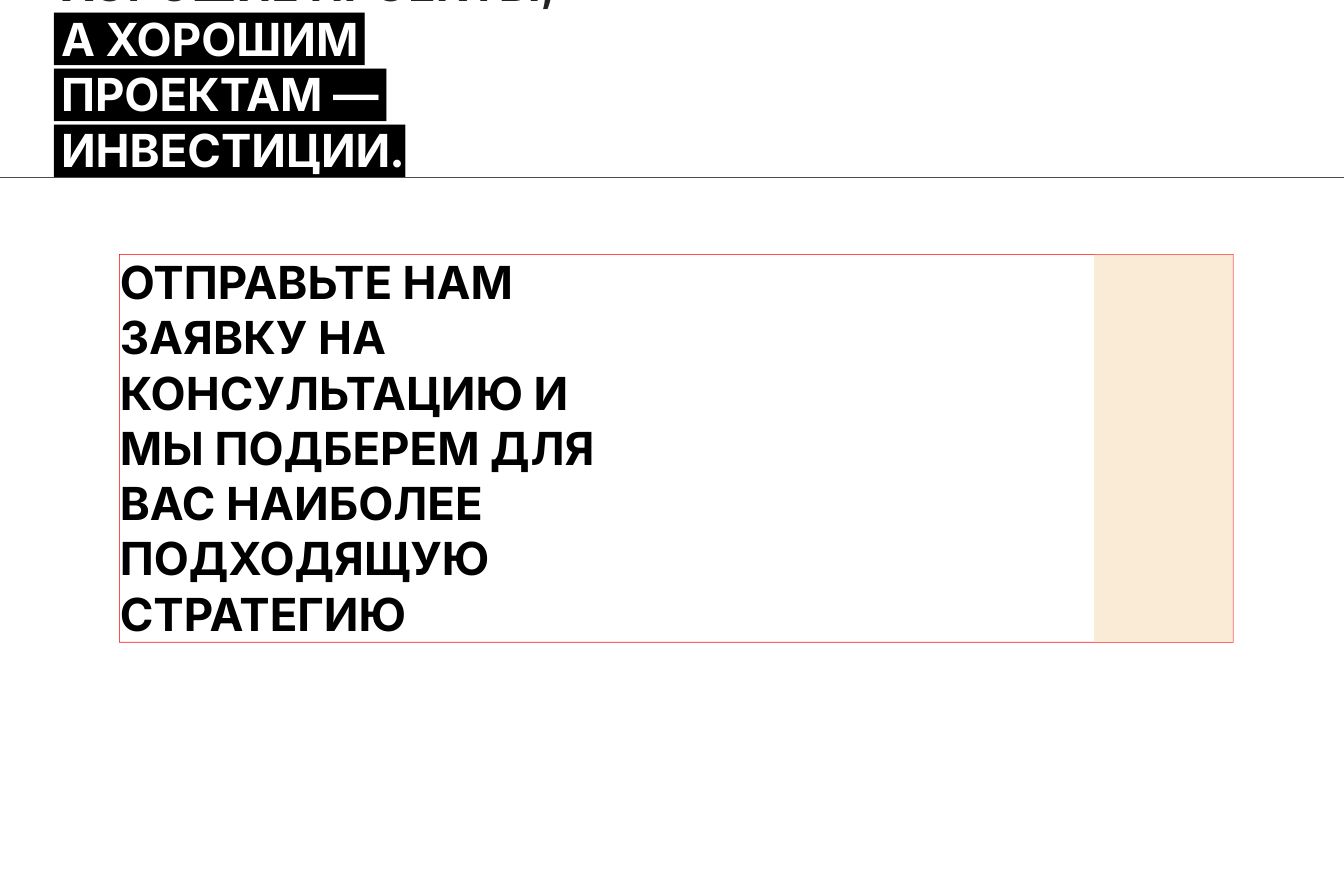
Repository: NadyaKorvin/frontiers
Page: /
An editor plug-in stored every save of this project. The page is shown before and after the next save, followed by the edit.
The browser window is 1280 px wide. The page is 1920 px wide, so the pictures cover 1920 px, including what lies to the right of the window. The pictures show the part of the page from y = 1300 to 2580 px (the page is 2634 px tall), at 70% of full size.
The project was rebuilt for these pictures with package versions that can differ from the ones it lists, and the page was loaded fresh each time.

Above is the page before, as saved 2022-05-23 13:49:48.

### public/index.html
<!DOCTYPE html>
<html lang="en">
  <head>
    <meta charset="utf-8" />
    <link rel="icon" href="%PUBLIC_URL%/favicon.ico" />
    <meta name="viewport" content="width=device-width, initial-scale=1" />
    <meta name="theme-color" content="#000000" />
    <meta name="description" content="Web site created using create-react-app" />
    <link rel="apple-touch-icon" href="%PUBLIC_URL%/logo192.png" />
    <link rel="manifest" href="%PUBLIC_URL%/manifest.json" />
    <link rel="preconnect" href="https://fonts.googleapis.com" />
    <link rel="preconnect" href="https://fonts.gstatic.com" crossorigin />
    <link href="https://fonts.googleapis.com/css2?family=Inter:wght@300;400;500;700&display=swap" rel="stylesheet" />
    <title>FRONTIERS</title>
  </head>
  <body>
    <noscript>You need to enable JavaScript to run this app.</noscript>
    <div id="root"></div>
  </body>
</html>

### src/index.js
import React from "react"
import ReactDOM from "react-dom/client"

import App from "./App"

const root = ReactDOM.createRoot(document.getElementById("root"))
root.render(
  <React.StrictMode>
    <App />
  </React.StrictMode>
)

### src/App.js
import { useState } from "react";
import "./App.css";
import { SecondScreenAnimation } from "./components/secondScreen/SecondScreenAnimation";
import FirstScreenAnimation from "./components/firstScreen/FirstScreenAnimation";
import LastScreenAnimation from "./components/lastScreen/LastScreenAnimation"

function App() {
  const [mousePosition, setMousePosition] = useState("");

  const listenUpperMousePosition = (event) => {
    console.log(event);
    console.log(event.target);
    setMousePosition(event.target);
  };

  return (
    <>
      <FirstScreenAnimation />
      <div className="App">
        <SecondScreenAnimation listenMousePosition={listenUpperMousePosition} />
      </div>
      <LastScreenAnimation />
    </>
  );
}
export default App;

### src/App.css
@import url("./reset.css");
@import url("./components/secondScreen/SecondScreen.css");
@import url("./font/font.css");

body {
  font-family: "Inter";
}

### src/components/secondScreen/SecondScreenAnimation.js
export function SecondScreenAnimation({ listenMousePosition, mousePosition }) {
  let goUp = ""
  const goUpBlackLines = (mousePosition) => {
    if (mousePosition === "animation__text_first_part") {
      goUp = "up"
      return goUp
    }
  }
  goUpBlackLines(mousePosition)
  console.log(goUp)
  return (
    <div className="animation__text_block">
      {goUp != "up" ? (
        <div>
          <div className="animation__text" onMouseOver={listenMousePosition}>
            <p className="animation__text_first_part">Инвесторам сложно найти хорошие проекты,</p>
            <p className="animation__text_second_part">а хорошим проектам — инвестиции.</p>
          </div>
          <div className="animation__black_lines">
            <div className="animation__1th_black_line"></div>
            <div className="animation__2th_black_line"></div>
            <div className="animation__3th_black_line"></div>
          </div>
        </div>
      ) : (
        <div>
          <div className="animation__text" onMouseOver={listenMousePosition}>
            <p className="animation__text_first_part" style={{ color: "#fff" }}>
              Инвесторам сложно найти хорошие проекты,
            </p>
            <p className="animation__text_second_part" style={{ color: "#000" }}>
              а хорошим проектам — инвестиции.
            </p>
          </div>
          <div className="animation__black_lines">
            <div className="animation__1th_black_line" style={{ width: "484px", marginTop: "-475px" }}></div>
            <div className="animation__2th_black_line" style={{ width: "586px" }}></div>
            <div className="animation__3th_black_line" style={{ width: "722px" }}></div>
          </div>
        </div>
      )}
    </div>
  )
}

### src/components/firstScreen/FirstScreenAnimation.js
import React from "react";
import style from "./FirstScreen.module.css";
import image from "../../images/image.webp"

export default function FirstScreenAnimation() {
  const pointer = (
    <svg
      width="8"
      height="101"
      viewBox="0 0 8 101"
      fill="none"
      xmlns="http://www.w3.org/2000/svg"
    >
      <path
        d="M4.35355 100.356C4.15829 100.551 3.84171 100.551 3.64645 100.356L0.464466 97.1735C0.269204 96.9783 0.269204 96.6617 0.464466 96.4664C0.659728 96.2712 0.976311 96.2712 1.17157 96.4664L4 99.2948L6.82843 96.4664C7.02369 96.2712 7.34027 96.2712 7.53553 96.4664C7.7308 96.6617 7.7308 96.9783 7.53553 97.1735L4.35355 100.356ZM3.5 100.002L3.5 0.00195312H4.5L4.5 100.002H3.5Z"
        fill="black"
      />
    </svg>
  );

  return (
    <>
      <section className={style.first__screen}>
        <div className={style.header}>
          <div className={style.logotype}>FRONTIERS</div>
          <nav className={style.nav__sidebar}>
            <ul>Агенство</ul>
            <ul>Кейсы</ul>
            <ul>Услуги</ul>
            <ul>Контакты</ul>
          </nav>
          <div className={style.button}>
            <p className={style.text__btn}>Получить консультацию</p>
          </div>
        </div>
        <div className={style.content}>
          <p>ИНВЕСТИЦИИ</p>
          <p>НЕ</p>
          <p>СЛОЖНО</p>
          <p>
            Мы помогли заработать более 50 млн рублей частным инвесторам в 2021
            году на вложениях в российский бизнес
          </p>
          <p>ПРОКРУТИ ВНИЗ</p>
          <div className={style.content__pointer}>{pointer}</div>
          <img src={image} alt="" />
        </div>
      </section>
    </>
  );
}

### src/components/lastScreen/LastScreenAnimation.js
import React from "react";
import style from "./LastScreen.module.css";

export default function LastScreenAnimation() {
  return (
    <>
      <section className={style.last__screen}>
        <div className={style.wrapper}>
          <div className={style.left__content}>
            <p>
              ОТПРАВЬТЕ НАМ ЗАЯВКУ НА КОНСУЛЬТАЦИЮ И МЫ ПОДБЕРЕМ ДЛЯ ВАС
              НАИБОЛЕЕ ПОДХОДЯЩУЮ СТРАТЕГИЮ
            </p>
          </div>
          <div className={style.right__content}></div>
        </div>
        <div className={style.footer}></div>
      </section>
    </>
  );
}

### src/reset.css
html,
body,
div,
span,
applet,
object,
iframe,
h1,
h2,
h3,
h4,
h5,
h6,
p,
blockquote,
pre,
a,
abbr,
acronym,
address,
big,
cite,
code,
del,
dfn,
em,
img,
ins,
kbd,
q,
s,
samp,
small,
strike,
strong,
sub,
sup,
tt,
var,
b,
u,
i,
center,
dl,
dt,
dd,
ol,
ul,
li,
fieldset,
form,
label,
legend,
table,
caption,
tbody,
tfoot,
thead,
tr,
th,
td,
article,
aside,
canvas,
details,
embed,
figure,
figcaption,
footer,
header,
hgroup,
menu,
nav,
output,
ruby,
section,
summary,
time,
mark,
audio,
video {
  margin: 0;
  padding: 0;
  border: 0;
  font-size: 100%;
  font: inherit;
  vertical-align: baseline;
}

:focus {
  outline: 0;
}

article,
aside,
details,
figcaption,
figure,
footer,
header,
hgroup,
menu,
nav,
section {
  display: block;
}

body {
  line-height: 1;
}

ol,
ul {
  list-style: none;
}

blockquote,
q {
  quotes: none;
}

blockquote:before,
blockquote:after,
q:before,
q:after {
  content: "";
  content: none;
}

table {
  border-collapse: collapse;
  border-spacing: 0;
}

input[type="search"]::-webkit-search-cancel-button,
input[type="search"]::-webkit-search-decoration,
input[type="search"]::-webkit-search-results-button,
input[type="search"]::-webkit-search-results-decoration {
  -webkit-appearance: none;
  -moz-appearance: none;
}

input[type="search"] {
  -webkit-appearance: none;
  -moz-appearance: none;
  -webkit-box-sizing: content-box;
  -moz-box-sizing: content-box;
  box-sizing: content-box;
}

textarea {
  overflow: auto;
  vertical-align: top;
  resize: vertical;
}

[hidden] {
  display: none;
}

html {
  font-size: 100%; /* 1 */
  -webkit-text-size-adjust: 100%; /* 2 */
  -ms-text-size-adjust: 100%; /* 2 */
}

a:focus {
  outline: thin dotted;
}

a:active,
a:hover {
  outline: 0;
}

img {
  border: 0;
  -ms-interpolation-mode: bicubic;
}

figure {
  margin: 0;
}

form {
  margin: 0;
}

fieldset {
  border: 1px solid #c0c0c0;
  margin: 0 2px;
  padding: 0.35em 0.625em 0.75em;
}

legend {
  border: 0; /* 1 */
  padding: 0;
  white-space: normal; /* 2 */
  *margin-left: -7px; /* 3 */
}

button,
input,
select,
textarea {
  font-size: 100%; /* 1 */
  margin: 0; /* 2 */
  vertical-align: baseline; /* 3 */
  *vertical-align: middle; /* 3 */
}

button,
input {
  line-height: normal;
}

button,
select {
  text-transform: none;
}

button,
html input[type="button"], /* 1 */
input[type="reset"],
input[type="submit"] {
  -webkit-appearance: button; /* 2 */
  cursor: pointer; /* 3 */
  *overflow: visible; /* 4 */
}

button[disabled],
html input[disabled] {
  cursor: default;
}

input[type="checkbox"],
input[type="radio"] {
  box-sizing: border-box; /* 1 */
  padding: 0; /* 2 */
  *height: 13px; /* 3 */
  *width: 13px; /* 3 */
}

input[type="search"] {
  -webkit-appearance: textfield; /* 1 */
  -moz-box-sizing: content-box;
  -webkit-box-sizing: content-box; /* 2 */
  box-sizing: content-box;
}

input[type="search"]::-webkit-search-cancel-button,
input[type="search"]::-webkit-search-decoration {
  -webkit-appearance: none;
}

button::-moz-focus-inner,
input::-moz-focus-inner {
  border: 0;
  padding: 0;
}

textarea {
  overflow: auto; /* 1 */
  vertical-align: top; /* 2 */
}

table {
  border-collapse: collapse;
  border-spacing: 0;
}

html,
button,
input,
select,
textarea {
  color: #222;
}

::-moz-selection {
  background: #b3d4fc;
  text-shadow: none;
}

::selection {
  background: #b3d4fc;
  text-shadow: none;
}

img {
  vertical-align: middle;
}

fieldset {
  border: 0;
  margin: 0;
  padding: 0;
}

textarea {
  resize: vertical;
}

.chromeframe {
  margin: 0.2em 0;
  background: #ccc;
  color: #000;
  padding: 0.2em 0;
}

### src/components/secondScreen/SecondScreen.css
.second__screen_main {
  display: flex;
  justify-content: space-between;
  margin: 0 auto;
  margin-top: 174px;
  /* придкмать решение сделать по центру*/
  display: flex;
  width: 1600px;
  height: 733px;
}

.animation__text_block {
  display: block;
  margin-left: 87px;
}

.animation__text_first_part,
.animation__text_second_part {
  width: 770px;
  text-transform: uppercase;
  font-size: 65px;
  font-weight: 700;
  line-height: 79px;
  transition: 0.6s ease-out;
}

.animation__text_second_part {
  color: #fff;
}

.animation__black_lines {
  margin-left: -10px;
  margin-top: -236px;
}

.animation__1th_black_line {
  margin-bottom: 5px;
  height: 75px;
  width: 444px;
  background-color: #000;
  transition: 0.6s ease-out;
}

.animation__2th_black_line {
  margin-bottom: 5px;
  height: 75px;
  width: 475px;
  background-color: #000;
  transition: 0.6s ease-out;
}
.animation__3th_black_line {
  height: 75px;
  width: 502px;
  background-color: #000;
  transition: 0.6s ease-out;
}

.right__part {
  display: flex;
  margin-left: 190px;
  flex-direction: column;
}

.conversation__image {
  margin-right: 222px;
  display: block;
  width: 400px;
  height: 400px;
  background: url("../secondScreen/people.png");
}

.decoration_marks {
  margin-top: -110px;
  transform: rotate(-180deg);
  font-size: 200px;
  font-weight: 300;
}

.text_paragraph {
  margin-left: 90px;
  width: 431px;
  font-size: 18px;
  font-weight: 400;
  line-height: 23px;
  text-transform: uppercase;
  line-height: 130%;
}

### src/font/font.css
@font-face {
  font-family: "Inter";
  src:
    url("./Inter-Bold.ttf") format("truetype")
    url("./Inter-Bold.woff2") format("woff2"),
    url("./Inter-Bold.woff") format("woff");
  font-weight: 700;
  font-style: normal;
  font-stretch: normal;
  unicode-range: U+0020-E0D0;
}

@font-face {
  font-family: "Inter";
  src:
    url("./Inter-Regular.woff2") format("woff2"),
    url("./Inter-Regular.ttf") format("truetype")
    url("./Inter-Regular.woff") format("woff");
  font-weight: 400;
  font-style: normal;
  font-stretch: normal;
  unicode-range: U+0020-E0D0;
}

@font-face {
    font-family:'Inter Medium';
    src:
        url("./Inter-Medium.ttf") format("truetype")
        url('Inter-Medium.woff2') format('woff2'),
		url('Inter-Medium.woff') format('woff');
    font-weight: 500;
    font-style: normal;
    font-stretch: normal;
    unicode-range: U+0020-E0D0;
}

@font-face {
    font-family:'Inter Light';
    src:
        url("./Inter-Light.ttf") format("truetype")
        url('Inter-Light.woff2') format('woff2'),
		url('Inter-Light.woff') format('woff');
    font-weight: 300;
    font-style: normal;
    font-stretch: normal;
    unicode-range: U+0020-E0D0;
}

### src/components/firstScreen/FirstScreen.module.css
.first__screen {
  width: 1920px;
  height: 1080px;
}

.header {
  width: 1600px;
  height: 82px;
  margin: 0 160px;
  border-bottom: 1px solid #000000;
  display: flex;
}

.logotype {
  width: 151px;
  height: 30px;
  padding-top: 27px;
  font-family: "Inter";
  font-style: normal;
  font-weight: 700;
  font-size: 25px;
  line-height: 30px;
  letter-spacing: 0.05em;
  color: #000000;
}

.nav__sidebar {
  display: flex;
  justify-content: space-between;
  width: 473px;
  padding-top: 33px;
  padding-left: 633px;
}

.button {
  position: absolute;
  width: 243px;
  height: 45px;
  left: 1517px;
  top: 19px;
  background: #000000;
}

.text__btn {
  padding-top: 12px;
  padding-bottom: 12px;
  font-family: "Inter";
  font-style: normal;
  font-weight: 500;
  font-size: 16px;
  line-height: 19px;
  text-align: center;
  color: #ffffff;
}

.content > p {
  position: absolute;
  font-family: "Inter";
  font-style: normal;
  font-weight: 400;
  font-size: 160px;
  line-height: 194px;
  text-transform: uppercase;
  color: #000000;
}

p:nth-child(1) {
  top: 83px;
  left: 160px;
}

p:nth-child(2) {
  top: 285px;
  left: 1449px;
}

p:nth-child(3) {
  top: 461px;
  left: 568px;
}

p:nth-child(4) {
  width: 265px;
  height: 90px;
  top: 118px;
  left: 1464px;
  box-sizing: content-box;
  font-family: "Inter";
  font-style: normal;
  font-weight: 500;
  font-size: 14px;
  line-height: 130%;
  text-transform: uppercase;
  color: #000000;
}

p:nth-child(5) {
  position: absolute;
  width: 130px;
  height: 17px;
  left: 104px;
  top: 865px;
  font-family: "Inter";
  font-style: normal;
  font-weight: 500;
  font-size: 14px;
  line-height: 17px;
  letter-spacing: 0.05em;
  color: #000000;
  transform: rotate(-90deg);
}

.content__pointer {
    position: absolute;
    top: 876px;
    left: 187px;
}

img {
  position: absolute;
  top: 714px;
  left: 568px;
}

### src/components/lastScreen/LastScreen.module.css
.last__screen {
  width: 1920px;
  height: 1080px;
  border-top: 1px solid black;
}

.wrapper {
  position: relative;
  top: 109px;
  left: 170px;
  display: flex;
  justify-content: space-between;
  width: 1590px;
  height: 553px;
  border: 1px solid red;
}

.left__content {
  position: relative;
  width: 775px;
  height: 553px;
  box-sizing: border-box;
  font-family: "Inter";
  font-style: normal;
  font-weight: 700;
  font-size: 65px;
  line-height: 79px;
  text-transform: uppercase;
  color: #000000;
}

.right__content {
  position: relative;
  width: 198px;
  height: 553px;
  background-color: antiquewhite;
}

After the next save:
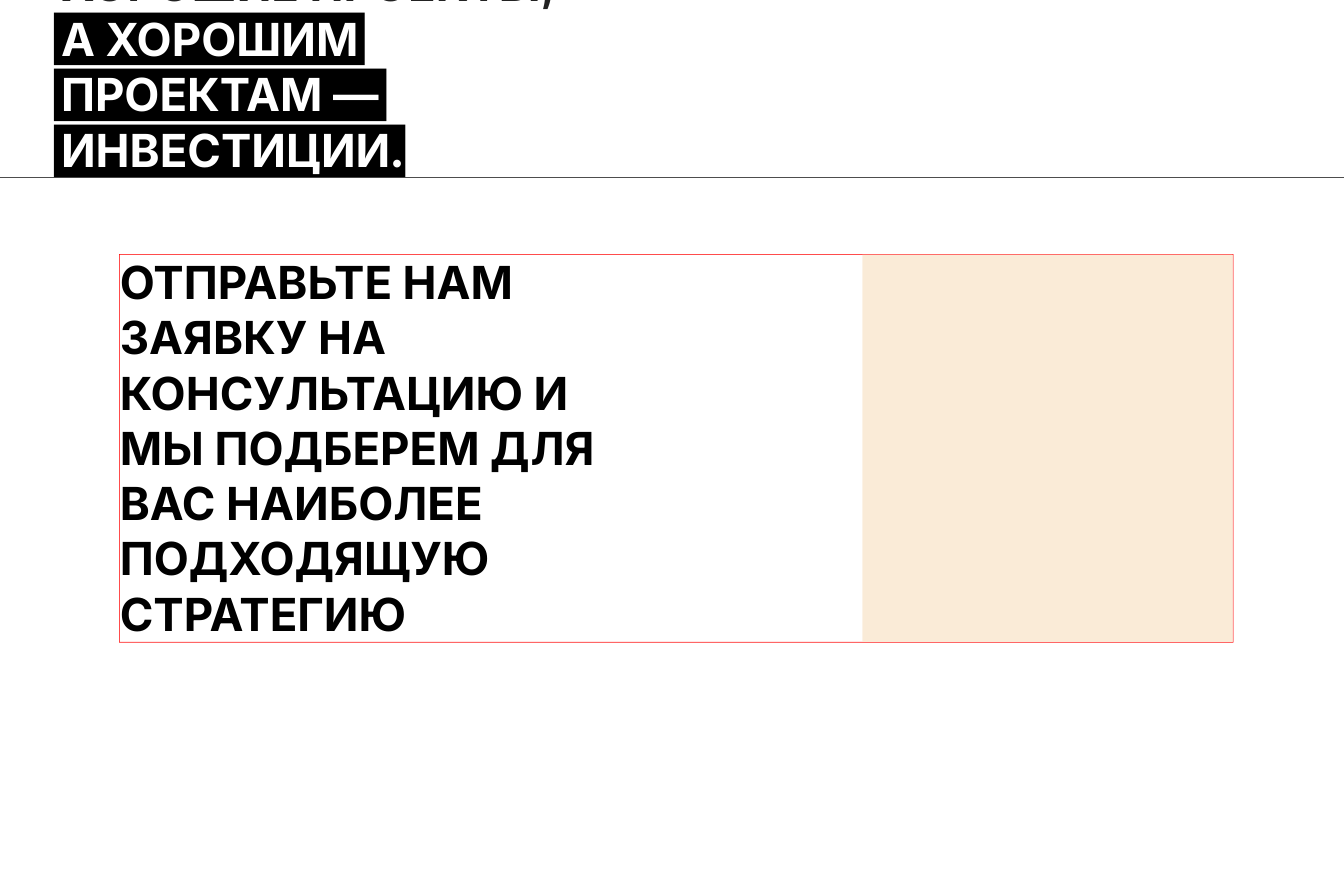
Saved 18 s later.
--- a/src/components/lastScreen/LastScreen.module.css
+++ b/src/components/lastScreen/LastScreen.module.css
@@ -31,7 +31,7 @@
 
 .right__content {
   position: relative;
-  width: 198px;
+  width: 529px;
   height: 553px;
   background-color: antiquewhite;
 }
